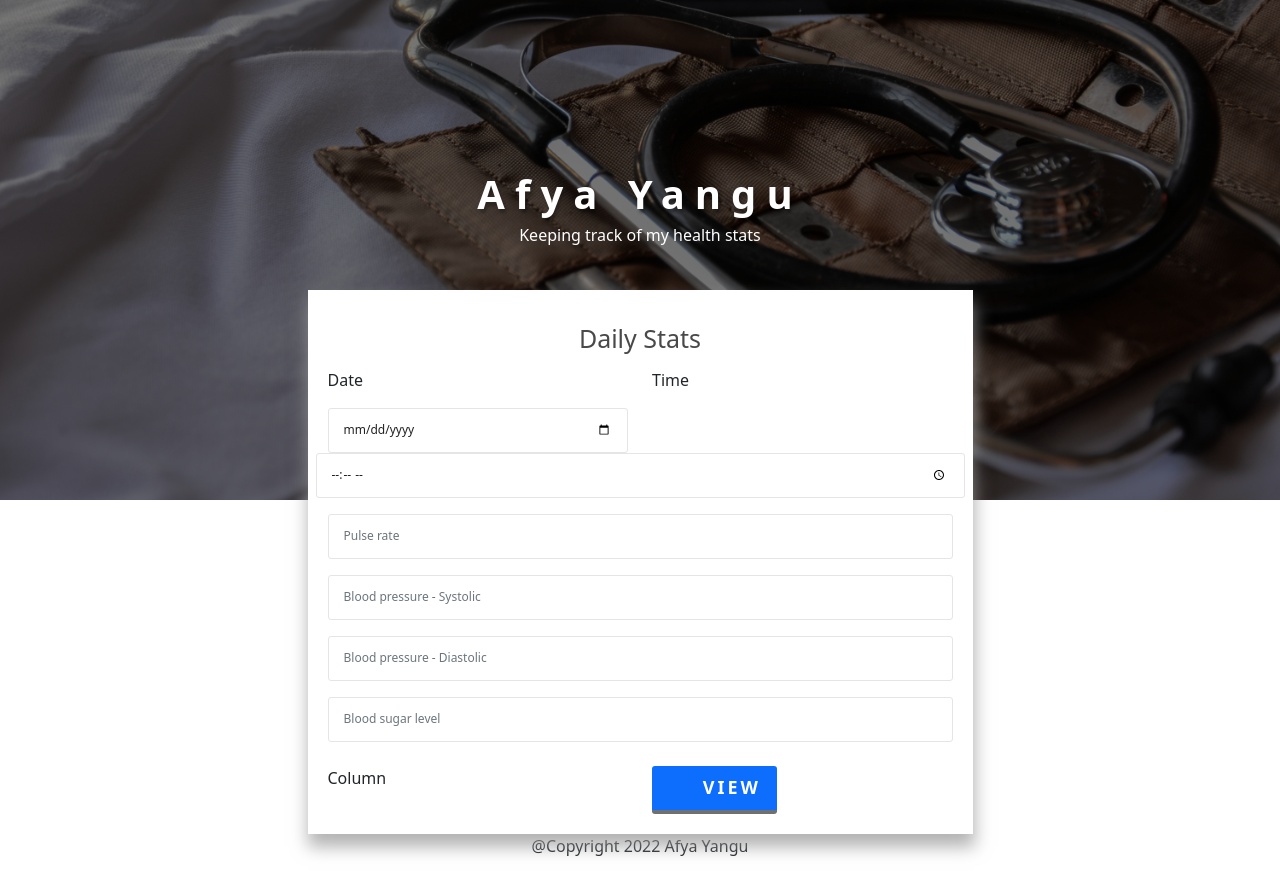
Repository: nashthecoder/afya_yangu
Page: /
The author's editor kept a copy of each file at every save. The page is drawn from the files as they stood at one save, then again after a run of saves.
The browser window is 1280 px wide. The pictures show the whole page.
The project was rebuilt for these pictures with package versions that can differ from the ones it lists, and the page was loaded fresh each time.

Above is the page before, as saved 2022-02-27 15:58:55.

After the next 3 saves:
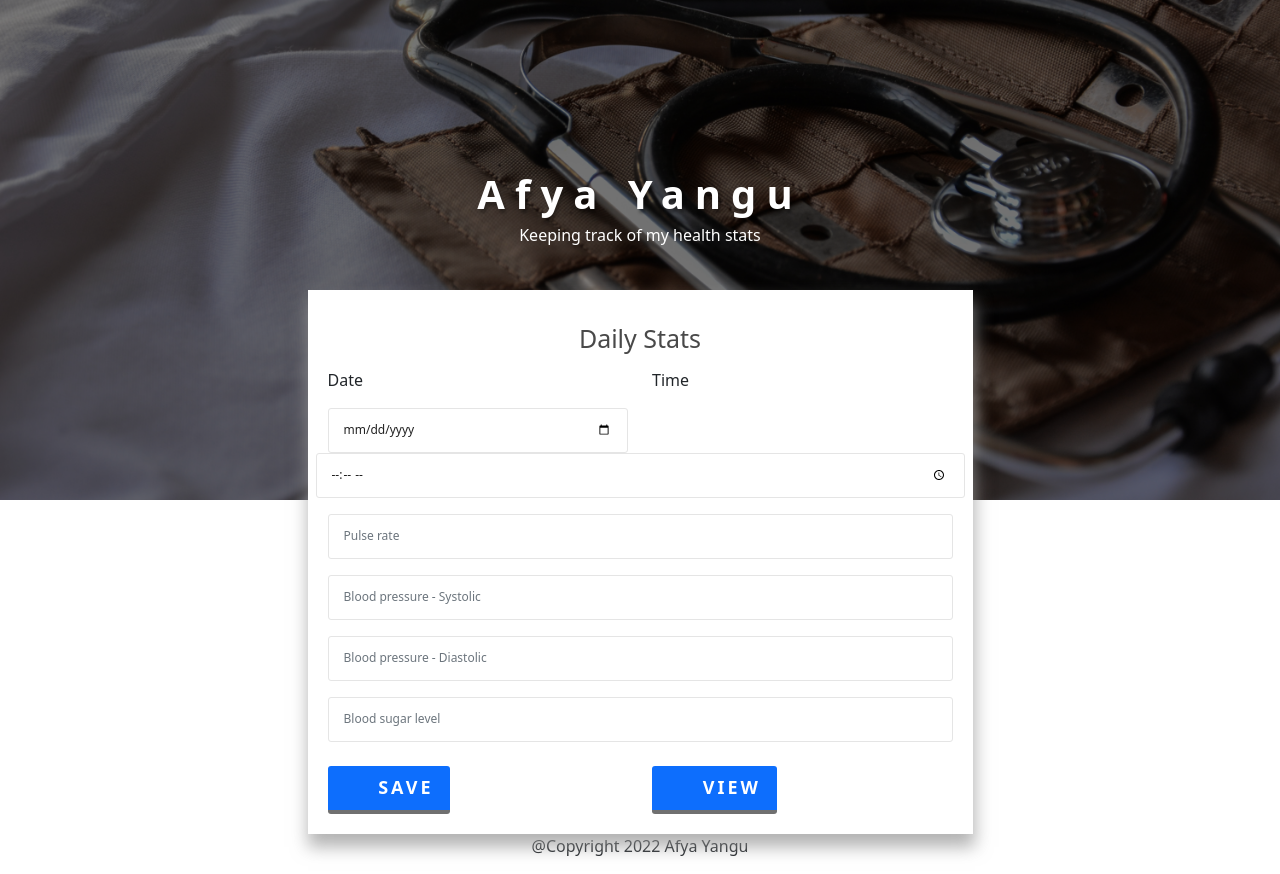
The 3 saves are shown as one change because they came seconds apart.
The last was saved 11 s later.
--- a/src/components/Form.js
+++ b/src/components/Form.js
@@ -74,7 +74,20 @@ const Form = () => {
                                 <div className="d-grid mt-4">
                                 <div class="container">
                                     <div class="row row-cols-2">
-                                        <div class="col">Column</div>
+                                        <div class="col">
+                                        <button class="btn btn-primary btn-lg" type="submit" value="Send Now">
+                                            <svg
+                                            xmlns="http://www.w3.org/2000/svg"
+                                            width="27"
+                                            height="27"
+                                            fill="currentColor"
+                                            class="bi bi-mailbox2"
+                                            viewBox="0 0 16 16"
+                                            >
+                                            </svg>{" "}
+                                            Save
+                                        </button>
+                                        </div>
                                         <div class="col">
                                             <button class="btn btn-primary btn-lg" type="submit" value="Send Now">
                                                 <svg
